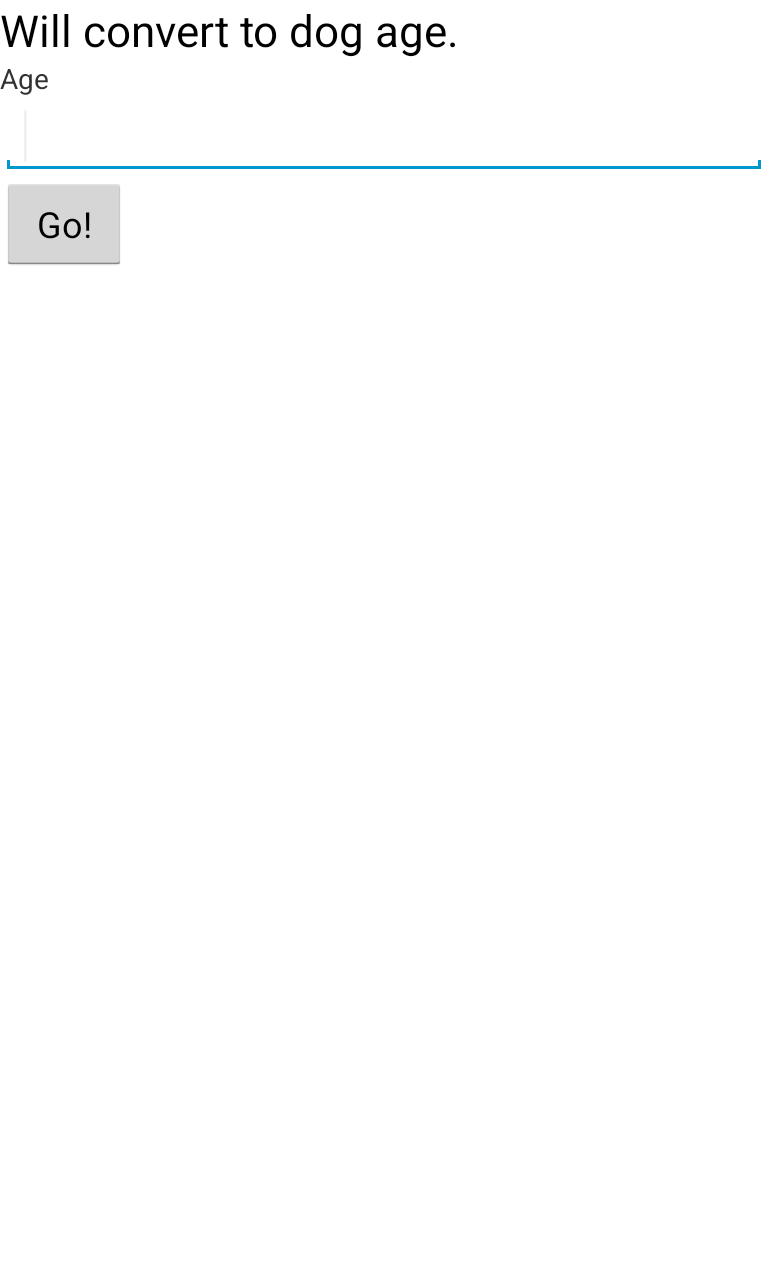
Repository: morristech/android-5
Layout: DogAge/res/layout/activity_main.xml
An editor plug-in stored every save of this project. The layout is shown before and after a run of saves, followed by the edit.
It is drawn on a 768 x 1280 px phone screen (xhdpi) without system bars, with theme AppTheme; the app's code is not run.

Above is the layout before, as saved 2013-05-20 12:01:44.

After the next 2 saves:
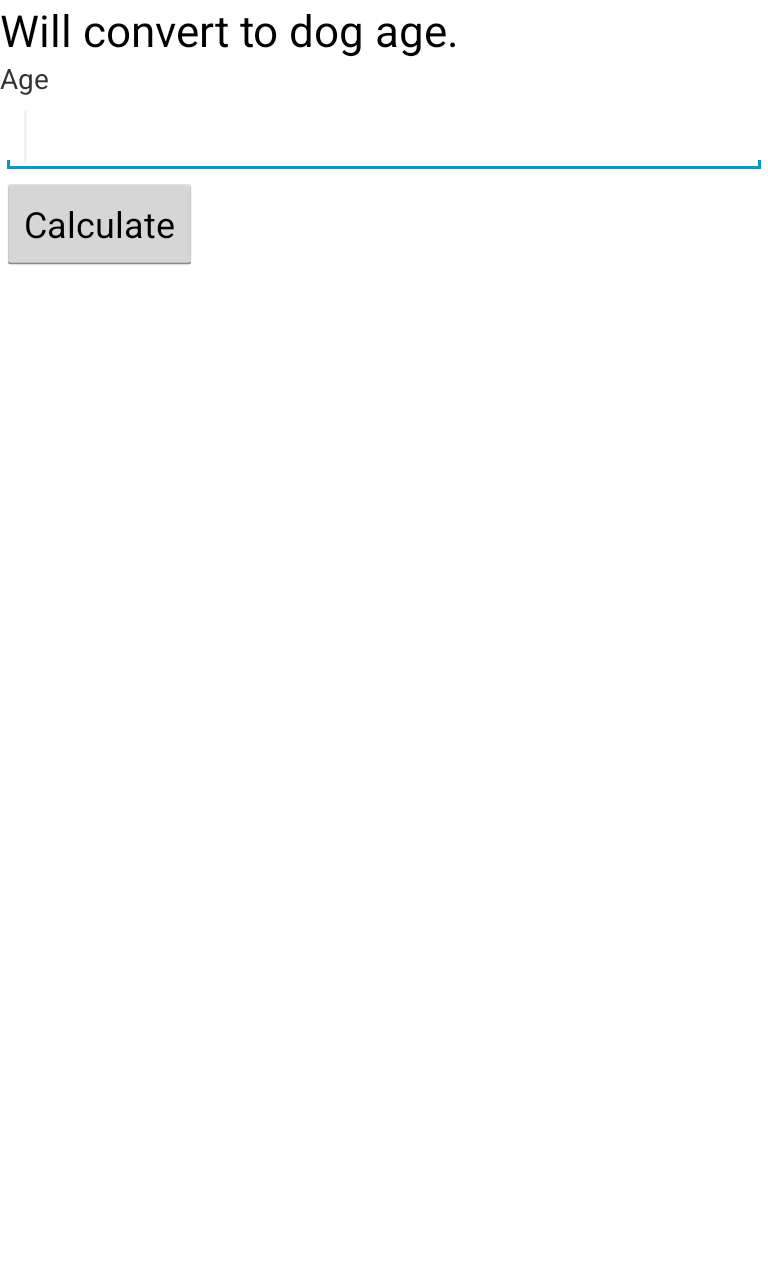
The 2 saves are shown as one change because they came seconds apart.
The last was saved 27 s later.
--- a/DogAge/res/values/strings.xml
+++ b/DogAge/res/values/strings.xml
@@ -6,6 +6,6 @@
     <string name="title_activity_main">Dog Age Calculator</string>
     <string name="label_description">Will convert to dog age.</string>
     <string name="label_year">Age</string>
-    <string name="button_calculate">Go!</string>
+    <string name="button_calculate">Calculate</string>
 
 </resources>
